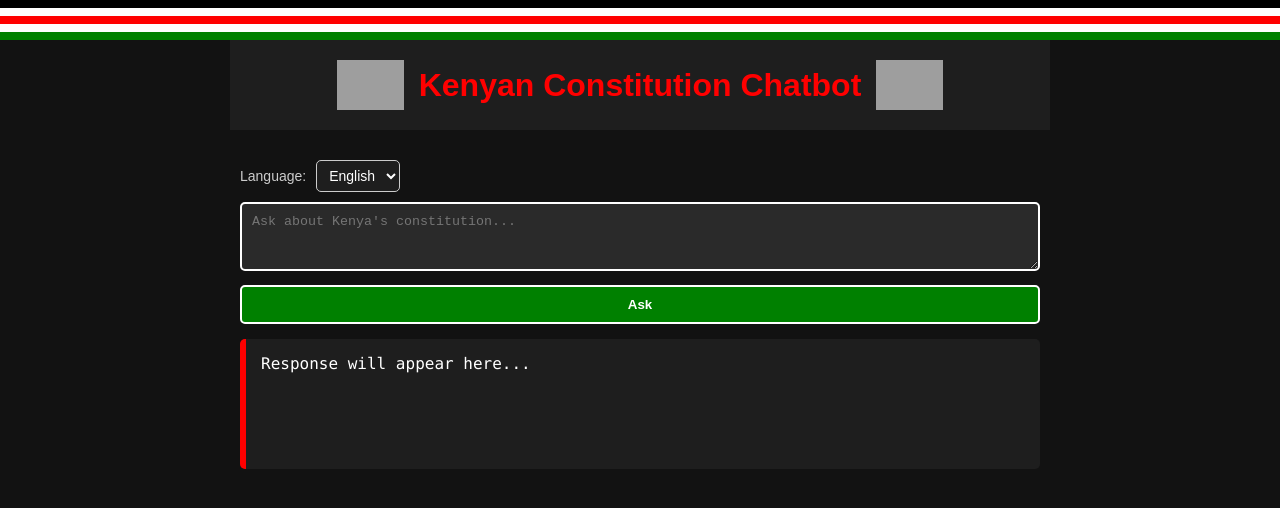
Repository: poip-boop/Bilingual-RAG-Chatbot-on-Constitution-of-Kenya
Page: index.html
The author's editor kept a copy of each file at every save. The page is drawn from the files as they stood at one save, then again after the next save.
The browser window is 1280 px wide. The pictures show the whole page.
Pictures or frames that could not be fetched are drawn as grey boxes.

Above is the page before, as saved 2025-04-26 07:27:33.

After the next save:
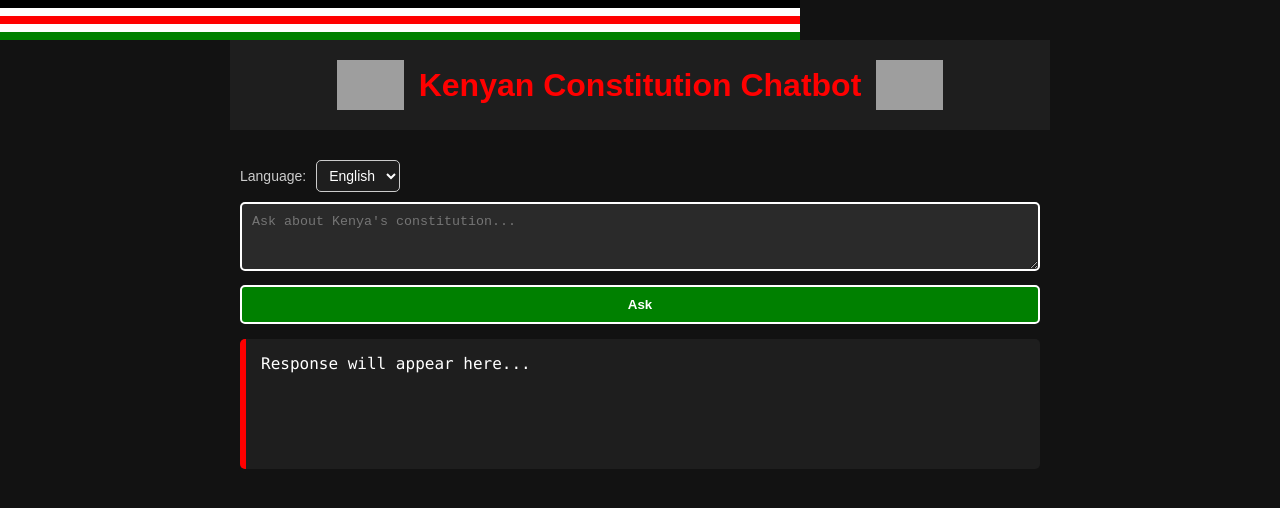
Saved 62 s later.
--- a/index.html
+++ b/index.html
@@ -17,9 +17,10 @@
             padding: 20px;
         }
 
+        /* Adjusted Flag Stripes to match container width */
         .flag-stripe {
             height: 8px;
-            width: 100%;
+            width: 800px;
         }
 
         .black-stripe { background-color: black; }
@@ -115,7 +116,7 @@
     </style>
 </head>
 <body>
-    <!-- Kenyan Flag Stripes -->
+    <!-- Kenyan Flag Stripes, adjusted to match container width -->
     <div class="flag-stripe black-stripe"></div>
     <div class="flag-stripe white-stripe"></div>
     <div class="flag-stripe red-stripe"></div>
